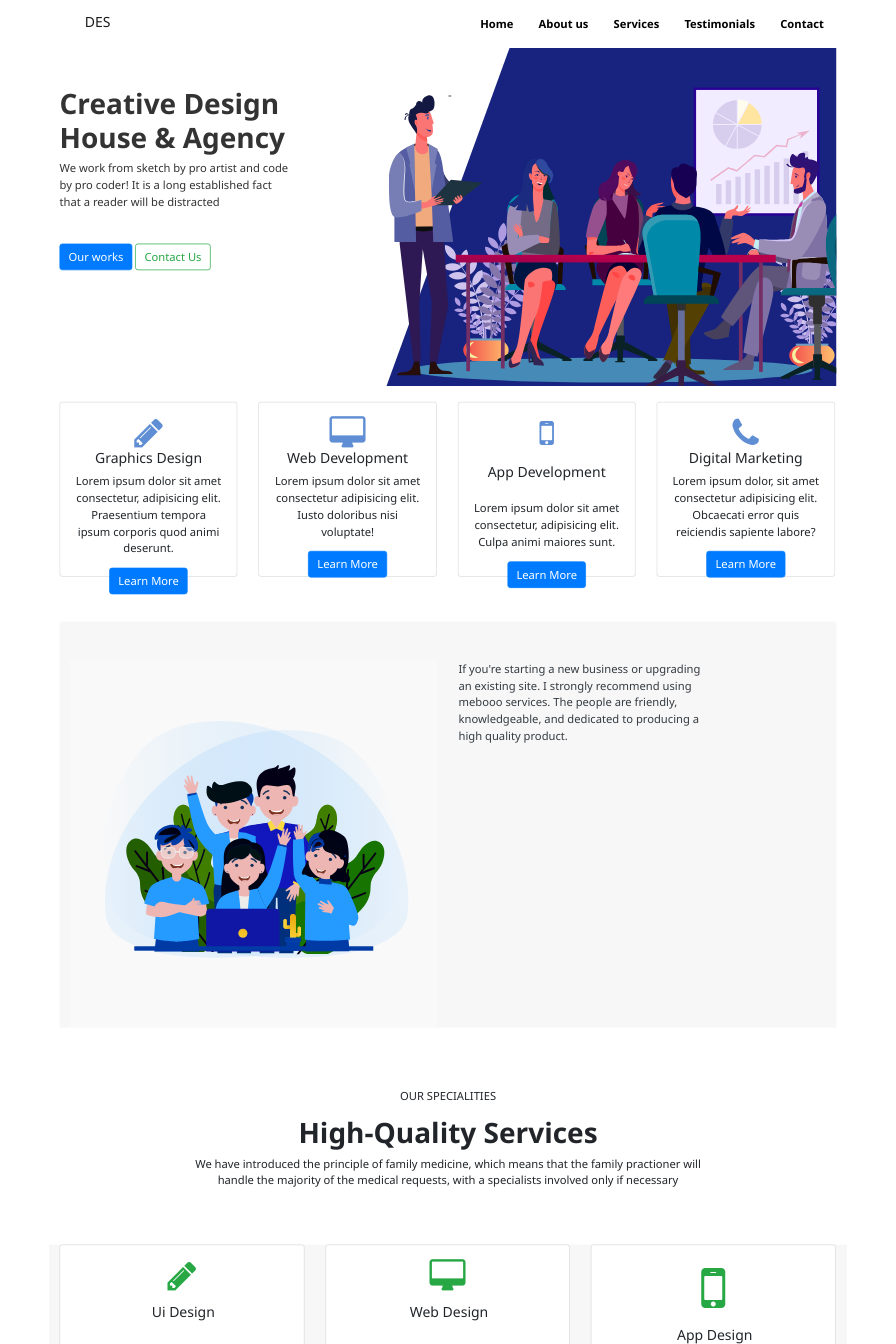
Repository: stephenkayade/Tarm
Page: index.html
These files come from the project's save history. The page is drawn as it stood at one moment and after the next save; the edit follows.
The browser window is 1280 px wide. The pictures show the part of the page from y = 0 to 1920 px (the page is 2970 px tall), at 70% of full size.

Above is the page before, as saved 2020-05-07 23:11:13.

After the next save:
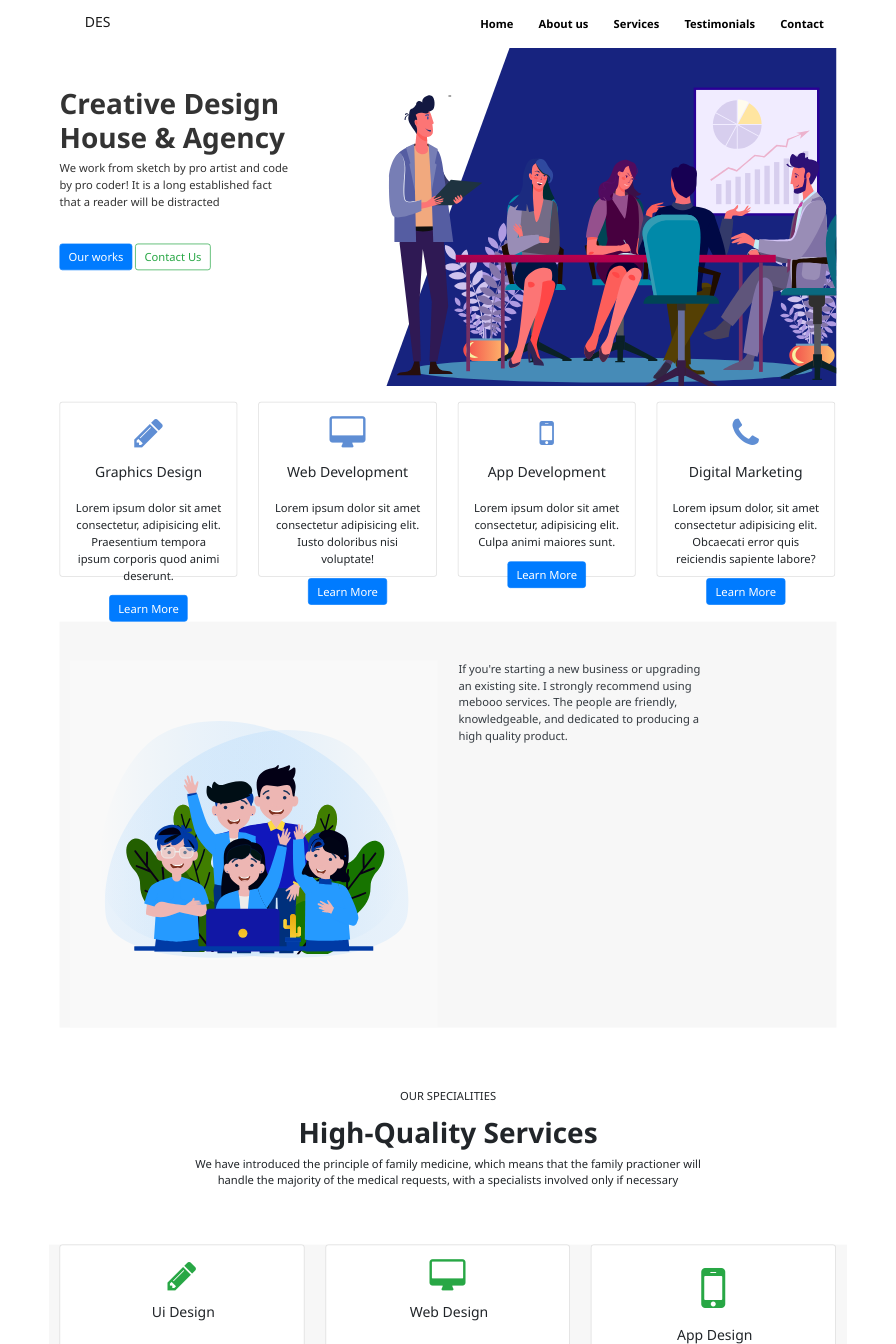
Saved 41 s later.
--- a/index.html
+++ b/index.html
@@ -79,7 +79,7 @@
                     <div class="card text-center" style="width: 15.9rem; height: 15.6rem;">
                         <div class="card-body">
                             <i class="fa fa-pencil fa-3x icon-bg"></i>
-                            <h5 class="text-center">Graphics Design</h5>
+                            <h5 class="text-center icon-pd">Graphics Design</h5>
                             <p class="card-text">Lorem ipsum dolor sit amet consectetur, adipisicing elit. Praesentium
                                 tempora ipsum corporis quod animi deserunt.</p>
                             <a href="#" class="btn btn-primary">Learn More</a>
@@ -90,7 +90,7 @@
                     <div class="card text-center" style="width: 15.9rem; height: 15.6rem;">
                         <div class="card-body">
                             <i class="fa fa-desktop fa-3x icon-bg"></i>
-                            <h5 class="text-center">Web Development</h5>
+                            <h5 class="text-center icon-pd">Web Development</h5>
                             <p class="card-text">Lorem ipsum dolor sit amet consectetur adipisicing elit. Iusto doloribus nisi voluptate!</p>
                             <a href="#" class="btn btn-primary">Learn More</a>
                         </div>
@@ -110,7 +110,7 @@
                     <div class="card text-center" style="width: 15.9rem; height: 15.6rem;">
                         <div class="card-body">
                             <i class="fa fa-phone fa-3x icon-bg"></i>
-                            <h5 class="text-center">Digital Marketing</h5>
+                            <h5 class="text-center icon-pd">Digital Marketing</h5>
                             <p class="card-text">Lorem ipsum dolor, sit amet consectetur adipisicing elit. Obcaecati
                                 error quis reiciendis sapiente labore?</p>
                             <a href="#" class="btn btn-primary">Learn More</a>
